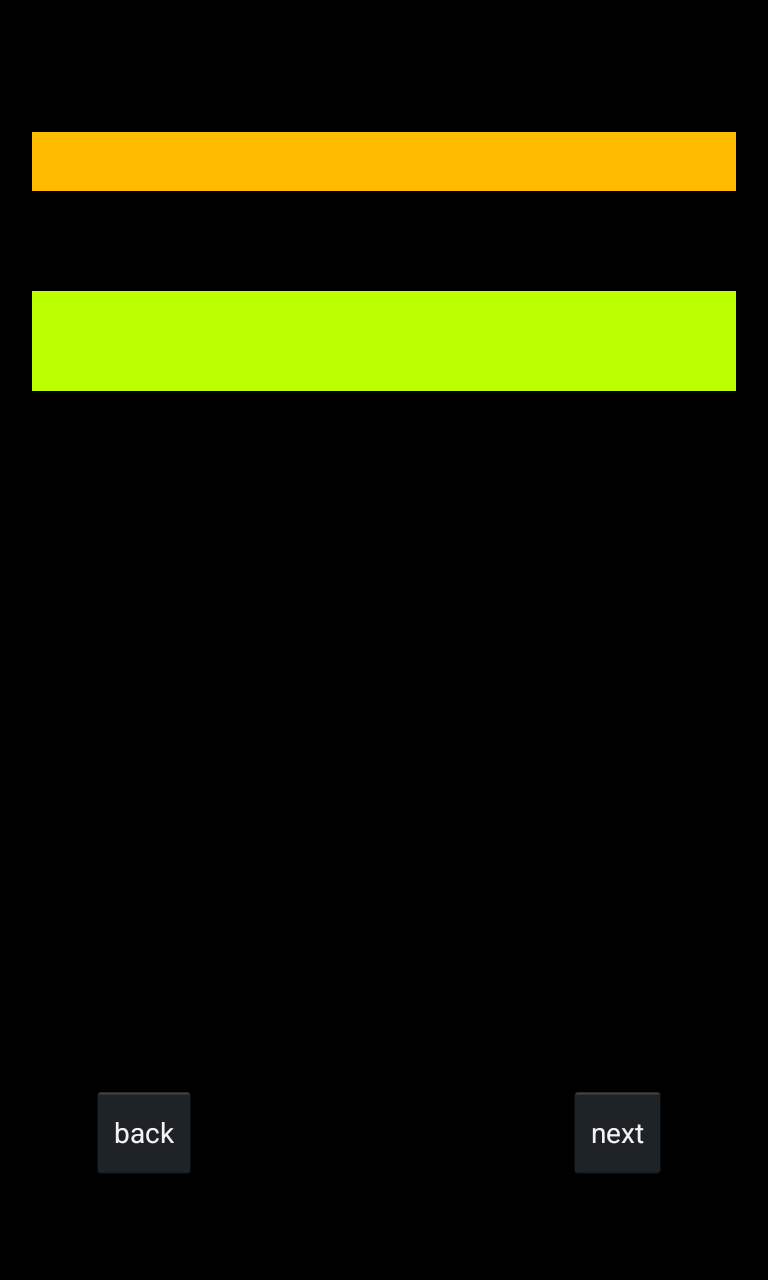
Repository: sbobhate/Android-Applications
Layout: Orient/res/layout/activity_instructions.xml
An editor plug-in stored every save of this project. The layout is shown before and after the next save, followed by the edit.
It is drawn on a 768 x 1280 px phone screen (xhdpi) without system bars, with theme AppTheme; the app's code is not run.

Above is the layout before, as saved 2014-02-19 13:19:23.

### Orient/res/layout/activity_instructions.xml
<RelativeLayout xmlns:android="http://schemas.android.com/apk/res/android"
    xmlns:tools="http://schemas.android.com/tools"
    android:layout_width="match_parent"
    android:layout_height="match_parent"
    android:paddingBottom="@dimen/activity_vertical_margin"
    android:paddingLeft="@dimen/activity_horizontal_margin"
    android:paddingRight="@dimen/activity_horizontal_margin"
    android:paddingTop="@dimen/activity_vertical_margin"
    tools:context=".Instructions"
    android:id="@+id/main_layout" >

    <!-- <fragment
        android:id="@+id/fragment1"
        android:layout_width="wrap_content"
        android:layout_height="wrap_content"
        android:name="com.example.orient.Fragment1"
        />	-->

    <TextView
        android:id="@+id/textView1"
        android:layout_width="match_parent"
        android:layout_height="wrap_content"
        android:layout_alignParentTop="true"
        android:layout_centerHorizontal="true"
        android:layout_marginTop="50dp"
        android:textAppearance="?android:attr/textAppearanceLarge"
        android:background="#FFBB00" />

    <TextView
        android:id="@+id/textView2"
        android:layout_width="match_parent"
        android:layout_height="50dp"
        android:layout_centerHorizontal="true"
        android:layout_below="@+id/textView1"
        android:layout_marginTop="50dp"
        android:textAppearance="?android:attr/textAppearanceLarge"
        android:background="#BBFF00" />

    <Button
        android:id="@+id/button1"
        style="?android:attr/buttonStyleSmall"
        android:layout_width="wrap_content"
        android:layout_height="wrap_content"
        android:layout_alignParentBottom="true"
        android:layout_alignParentLeft="true"
        android:layout_marginBottom="34dp"
        android:layout_marginLeft="29dp"
        android:text="back"
        android:onClick="decrease" />

    <Button
        android:id="@+id/button2"
        style="?android:attr/buttonStyleSmall"
        android:layout_width="wrap_content"
        android:layout_height="wrap_content"
        android:layout_alignBaseline="@+id/button1"
        android:layout_alignBottom="@+id/button1"
        android:layout_alignParentRight="true"
        android:layout_marginRight="34dp"
        android:text="next"
        android:onClick="increase" />

</RelativeLayout>

Loaded but not shown: Orient/res/values/styles.xml (common file); Orient/res/values-v11/styles.xml (common file); Orient/res/values-v14/styles.xml (common file); Orient/res/values/dimens.xml (common file)

After the next save:
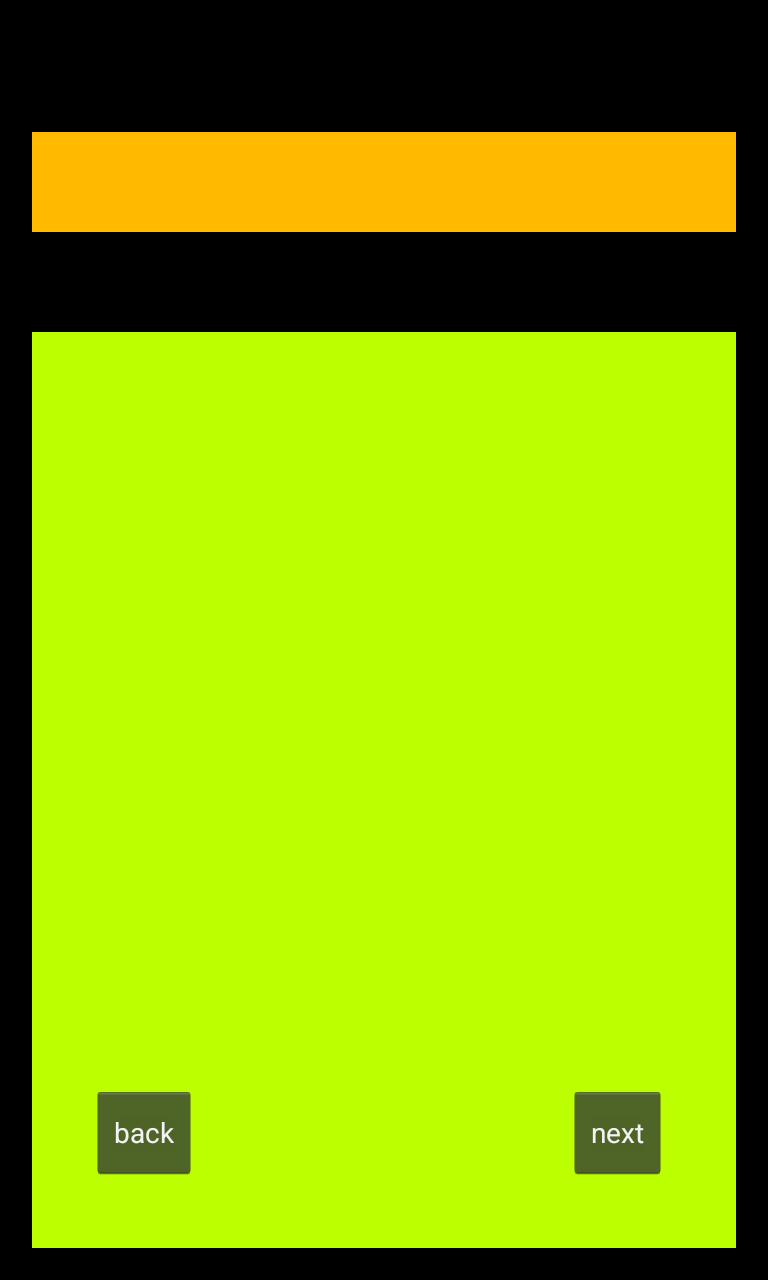
Saved 15 s later.
--- a/Orient/res/layout/activity_instructions.xml
+++ b/Orient/res/layout/activity_instructions.xml
@@ -19,7 +19,7 @@
     <TextView
         android:id="@+id/textView1"
         android:layout_width="match_parent"
-        android:layout_height="wrap_content"
+        android:layout_height="50dp"
         android:layout_alignParentTop="true"
         android:layout_centerHorizontal="true"
         android:layout_marginTop="50dp"
@@ -29,7 +29,7 @@
     <TextView
         android:id="@+id/textView2"
         android:layout_width="match_parent"
-        android:layout_height="50dp"
+        android:layout_height="fill_parent"
         android:layout_centerHorizontal="true"
         android:layout_below="@+id/textView1"
         android:layout_marginTop="50dp"
